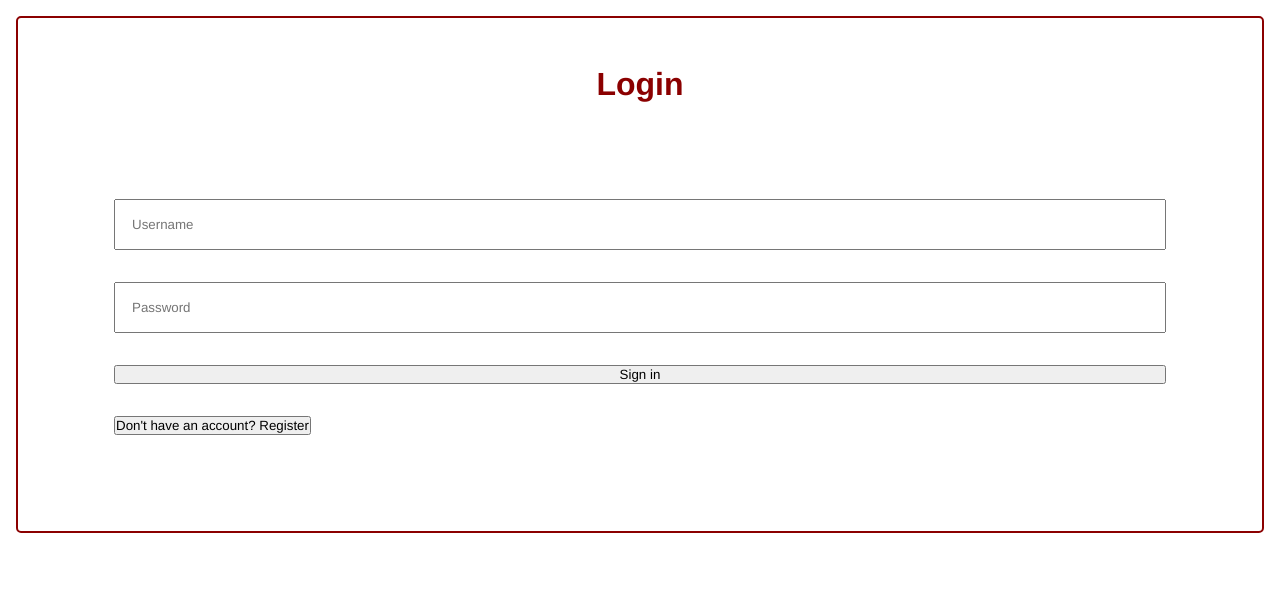
Repository: EricRobertCampbell/palaeo-fossil-classifier
Page: /login (app in palaeo-fossil-classifier/)
An editor plug-in stored every save of this project. The page is shown before and after the next save, followed by the edit.
The browser window is 1280 px wide. The pictures show the whole page.
The project was rebuilt for these pictures with package versions that can differ from the ones it lists, and the page was loaded fresh each time. The framework's server and built-in components were replaced by stand-ins that run in the browser. Also part of the build but not shown: palaeo-fossil-classifier/next.config.ts.

Above is the page before, as saved 2024-11-30 12:43:24.

### palaeo-fossil-classifier/app/login/page.tsx
import React from "react";
import styles from "./page.module.css";

export default function login() {
  return (
    <div className={styles.login}>
      <h1 className={styles.title}>Login</h1>
      <div className={styles.form}>
        <input
          className={styles.input}
          type="text"
          placeholder="Username"
          name="un"
        />
        <input
          className={styles.input}
          type="password"
          placeholder="Password"
          name="pw"
        />
        <button className={styles.button}> Sign in </button>
        <a href="#">
          {" "}
          <button className={styles.button}>
            {" "}
            Don't have an account? Register{" "}
          </button>
        </a>
      </div>
    </div>
  );
}

### palaeo-fossil-classifier/app/globals.css
:root {
  --background: #ffffff;
  --foreground: #171717;
}

@media (prefers-color-scheme: dark) {
  :root {
    --background: #0a0a0a;
    --foreground: #ededed;
  }
}

html,
body {
  max-width: 100vw;
  overflow-x: hidden;
}

body {
  color: var(--foreground);
  background: var(--background);
  font-family: Helvetica;
  -webkit-font-smoothing: antialiased;
  -moz-osx-font-smoothing: grayscale;
}

* {
  box-sizing: border-box;
  padding: 0;
  margin: 0;
}

a {
  color: inherit;
  text-decoration: none;
}

@media (prefers-color-scheme: dark) {
  html {
    color-scheme: dark;
  }
}

### palaeo-fossil-classifier/app/login/page.module.css
.login{
    margin: 1rem;
    border: 2px solid #8b0000;
    border-radius: 5px;
    font-family: Helvetica;
}

.title{
    text-align: center;
    padding-top: 3rem;
    color: #8b0000;
    font-family: Helvetica;

}

.form{
    display: grid;
    align-items: center;
    padding: 5rem;
    font-family: Helvetica;

}

.button{
margin: 1rem;
font-family: Helvetica;

}
.input{
 padding: 1rem;
 margin: 1rem;
 font-family: Helvetica;

}

.button2{
    font-family: Helvetica;
    padding: 1rem;
    margin: 1rem;
}

Loaded but not shown: palaeo-fossil-classifier/app/layout.tsx (common file)

After the next save:
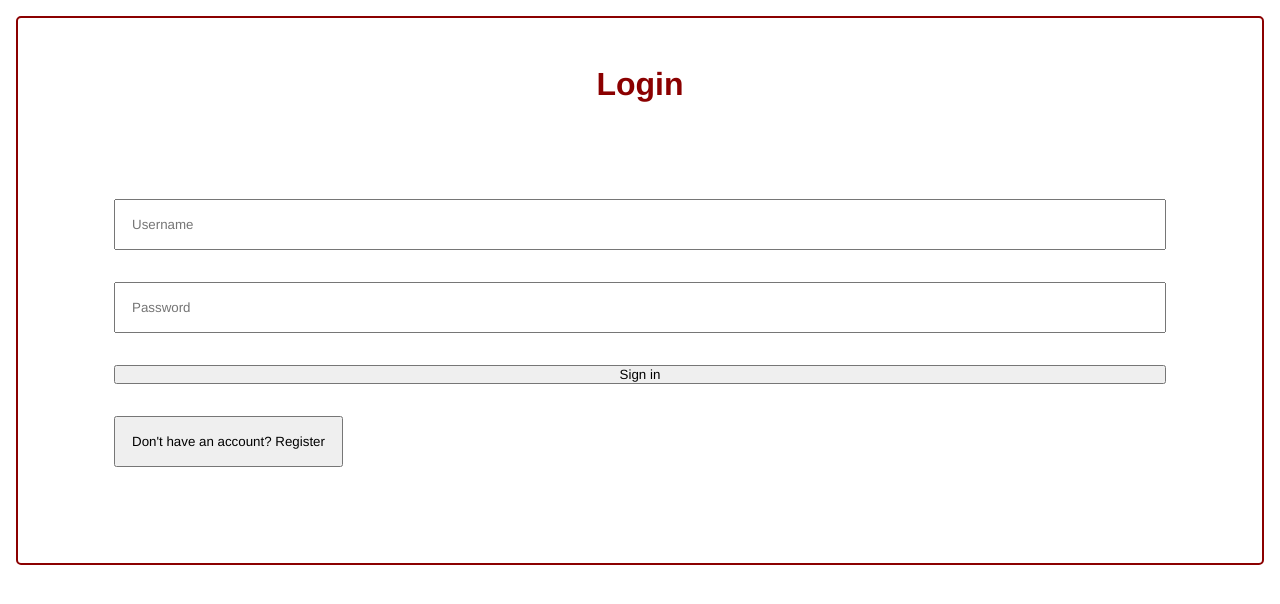
Saved 26 s later.
--- a/palaeo-fossil-classifier/app/login/page.tsx
+++ b/palaeo-fossil-classifier/app/login/page.tsx
@@ -21,7 +21,7 @@ export default function login() {
         <button className={styles.button}> Sign in </button>
         <a href="#">
           {" "}
-          <button className={styles.button}>
+          <button className={styles.button2}>
             {" "}
             Don't have an account? Register{" "}
           </button>
